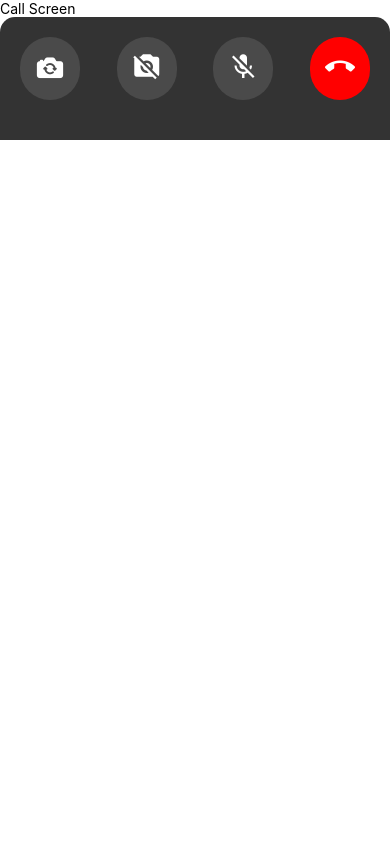
Repository: JennaFi/VideoCallApp
Screen: /Contacts
These files come from the project's save history. The screen is drawn as it stood at one moment and after the next save; the edit follows.
The app was drawn by React Native's web renderer in a window 390 px wide. The project was rebuilt for these pictures with package versions that can differ from the ones it lists, and the page was loaded fresh each time.

Above is the screen before, as saved 2022-01-13 00:21:03.

After the next save:
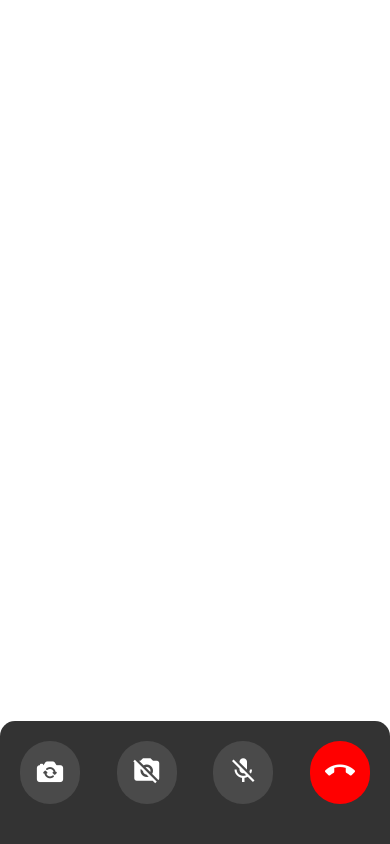
Saved 6 min 2 s later.
--- a/src/screens/CallScreen/index.js
+++ b/src/screens/CallScreen/index.js
@@ -1,15 +1,28 @@
 import React from 'react'
-import { Text, View } from 'react-native'
+import { StyleSheet, View } from 'react-native'
 import CallActionBox from '../../components/CallActionBox'
 
 const CallScreen = () => {
   return (
-    <View>
-      <Text>Call Screen</Text>
+    <>
+      <View style={styles.cameraPreview}>
+
+      </View>
+
+
 
       <CallActionBox />
-    </View>
+    </>
   )
 }
 
+
+const styles = StyleSheet.create({
+  cameraPreview: {
+    flex: 1,
+    alignItems: 'center',
+    paddingTop: 10,
+    paddingHorizontal: 10
+  },
+})
 export default CallScreen
